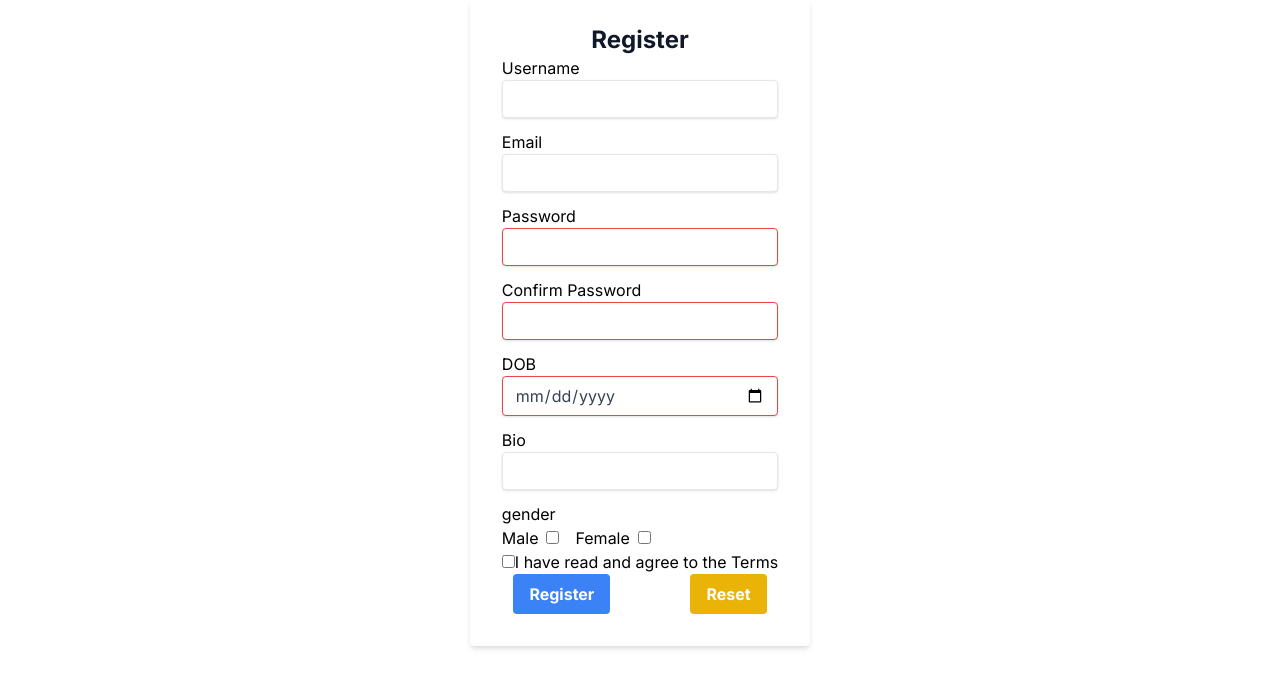
Repository: uh-sman/tiktok-card
Page: /
The author's editor kept a copy of each file at every save. The page is drawn from the files as they stood at one save, then again after the next save.
The browser window is 1280 px wide. The pictures show the whole page.
The project was rebuilt for these pictures with package versions that can differ from the ones it lists, and the page was loaded fresh each time. The framework's server and built-in components were replaced by stand-ins that run in the browser. Also part of the build but not shown: next.config.js.

Above is the page before, as saved 2023-12-19 14:59:13.

### app/page.tsx
'use client'
// import Input from "./components/Input";
import { FieldValues, SubmitHandler, useForm } from "react-hook-form";
import AuthForm from "./components/AuthForm";
type FormValues = {
  name: string,
      email: string,
      password: string,
      confirmPassword: string,
      DateOfBirth: string,
      Bio: string,
      gender: string,
      termsAndConditions: string
}

export default function Home() {
  return (
    <div className="">
      <AuthForm />
    </div>
  )
}



{/* <form class="max-w-sm mx-auto">
  <div class="mb-5">
    <label for="email" class="block mb-2 text-sm font-medium text-gray-900 dark:text-white">Your email</label>
    <input type="email" id="email" class="bg-gray-50 border border-gray-300 text-gray-900 text-sm rounded-lg focus:ring-blue-500 focus:border-blue-500 block w-full p-2.5 dark:bg-gray-700 dark:border-gray-600 dark:placeholder-gray-400 dark:text-white dark:focus:ring-blue-500 dark:focus:border-blue-500" placeholder="name@flowbite.com" required>
  </div>
  <div class="mb-5">
    <label for="password" class="block mb-2 text-sm font-medium text-gray-900 dark:text-white">Your password</label>
    <input type="password" id="password" class="bg-gray-50 border border-gray-300 text-gray-900 text-sm rounded-lg focus:ring-blue-500 focus:border-blue-500 block w-full p-2.5 dark:bg-gray-700 dark:border-gray-600 dark:placeholder-gray-400 dark:text-white dark:focus:ring-blue-500 dark:focus:border-blue-500" required>
  </div>
  <div class="flex items-start mb-5">
    <div class="flex items-center h-5">
      <input id="remember" type="checkbox" value="" class="w-4 h-4 border border-gray-300 rounded bg-gray-50 focus:ring-3 focus:ring-blue-300 dark:bg-gray-700 dark:border-gray-600 dark:focus:ring-blue-600 dark:ring-offset-gray-800 dark:focus:ring-offset-gray-800" required>
    </div>
    <label for="remember" class="ms-2 text-sm font-medium text-gray-900 dark:text-gray-300">Remember me</label>
  </div>
  <button type="submit" class="text-white bg-blue-700 hover:bg-blue-800 focus:ring-4 focus:outline-none focus:ring-blue-300 font-medium rounded-lg text-sm w-full sm:w-auto px-5 py-2.5 text-center dark:bg-blue-600 dark:hover:bg-blue-700 dark:focus:ring-blue-800">Submit</button>
</form> */}

### app/components/AuthForm.tsx
import React from "react";
import { useForm } from "react-hook-form";
// the type of data
type UserSubmitForm = {
    username: string;
    email: string;
    password: string;
    confirmPassword: string;
    acceptTerms: boolean;
    male:boolean;
    female:boolean;
    Bio:string;
    DateOfBirth: number
  };
const AuthForm: React.FC = () => {
    // using the useForm hook from the react-hook-form package
    const {register,handleSubmit, reset,formState} = useForm<UserSubmitForm>()
    // the onSubmit handler
    const onSubmit = (data: UserSubmitForm) => {
        if(data.male && data.female === true) {
            reset()
        }
        console.log(data)
    }
    return (
        <div className="flex justify-center">
        <form className="bg-white shadow-md rounded px-8 pt-6 pb-8 mb-4" onSubmit={handleSubmit(onSubmit)}>
        <h2 className="font-bold text-gray-900 text-2xl text-center">Register</h2>
          <div className="flex flex-col">
            <label>Username</label>
            <input
            className="shadow appearance-none border rounded w-full py-2 px-3 text-gray-700 mb-3 leading-tight focus:outline-none focus:shadow-outline"
              type="text"
            //   using the hook to handle form state
            {...register('username')}
            />
            <div className="invalid-feedback">
                </div>
          </div>

          <div className="flex flex-col">
            <label>Email</label>
            <input
            className="shadow appearance-none border rounded w-full py-2 px-3 text-gray-700 mb-3 leading-tight focus:outline-none focus:shadow-outline"
            type="text"
            {...register('email')}
            />
            <div className="invalid-feedback">
                </div>
          </div>

          <div className="flex flex-col">
            <label>Password</label>
            <input
            className="shadow appearance-none border border-red-500 rounded w-full py-2 px-3 text-gray-700 mb-3 leading-tight focus:outline-none focus:shadow-outline"
            type="password"
            {...register('password')}
            />
            <div className="invalid-feedback">
                </div>
          </div>
          <div className="flex flex-col">
            <label>Confirm Password</label>
            <input
            className="shadow appearance-none border border-red-500 rounded w-full py-2 px-3 text-gray-700 mb-3 leading-tight focus:outline-none focus:shadow-outline"
              type="password"
              {...register('confirmPassword')}
            />
            <div className="invalid-feedback">
            </div>
          </div>
          <div className="flex flex-col">
            <label>DOB</label>
            <input
            className="shadow appearance-none border border-red-500 rounded w-full py-2 px-3 text-gray-700 mb-3 leading-tight focus:outline-none focus:shadow-outline"
              type="date"
              {...register('DateOfBirth')}
            />
            <div className="invalid-feedback">
            </div>
          </div>
          <div className="flex flex-col">
            <label>Bio</label>
            <input
            className="shadow appearance-none border rounded w-full py-2 px-3 text-gray-700 mb-3 leading-tight focus:outline-none focus:shadow-outline"
            type="text"
            {...register('Bio')}
            />
            <div className="invalid-feedback">
            </div>
          </div>

          <div className="">
          <label htmlFor="gender" className="font-md">
              gender
            </label>
           <div className="flex items-center gap-4">
           <div className="">
                <label className="mr-2" htmlFor="Male">Male</label>
            <input
              type="checkbox"
              {...register('male')}
              />

            </div>
            <div className="">
                <label className="mr-2" htmlFor="Female">Female</label>
            <input
              type="checkbox"
              {...register('female')}
              />
            </div>
           </div>
            <div className="invalid-feedback">
                </div>
          </div>
          <div className="">
            <input
              type="checkbox"
              {...register('acceptTerms')}
              />
            <label htmlFor="acceptTerms" className="form-check-label">
              I have read and agree to the Terms
            </label>
            <div className="invalid-feedback">
                </div>
          </div>

          <div className="flex justify-center gap-20">
            <button type="submit" className="bg-blue-500 hover:bg-blue-700 text-white font-bold py-2 px-4 rounded focus:outline-none focus:shadow-outline">
              Register
            </button>
            <button
              type="button"
              onClick={() => reset()}
              className="bg-yellow-500 hover:bg-yellow-700 text-white font-bold py-2 px-4 rounded focus:outline-none focus:shadow-outline"
              >
              Reset
            </button>
          </div>
        </form>
      </div>
    )
}

export default AuthForm;

Loaded but not shown: app/layout.tsx (common file); app/globals.css (common file); tailwind.config.ts (common file)

After the next save:
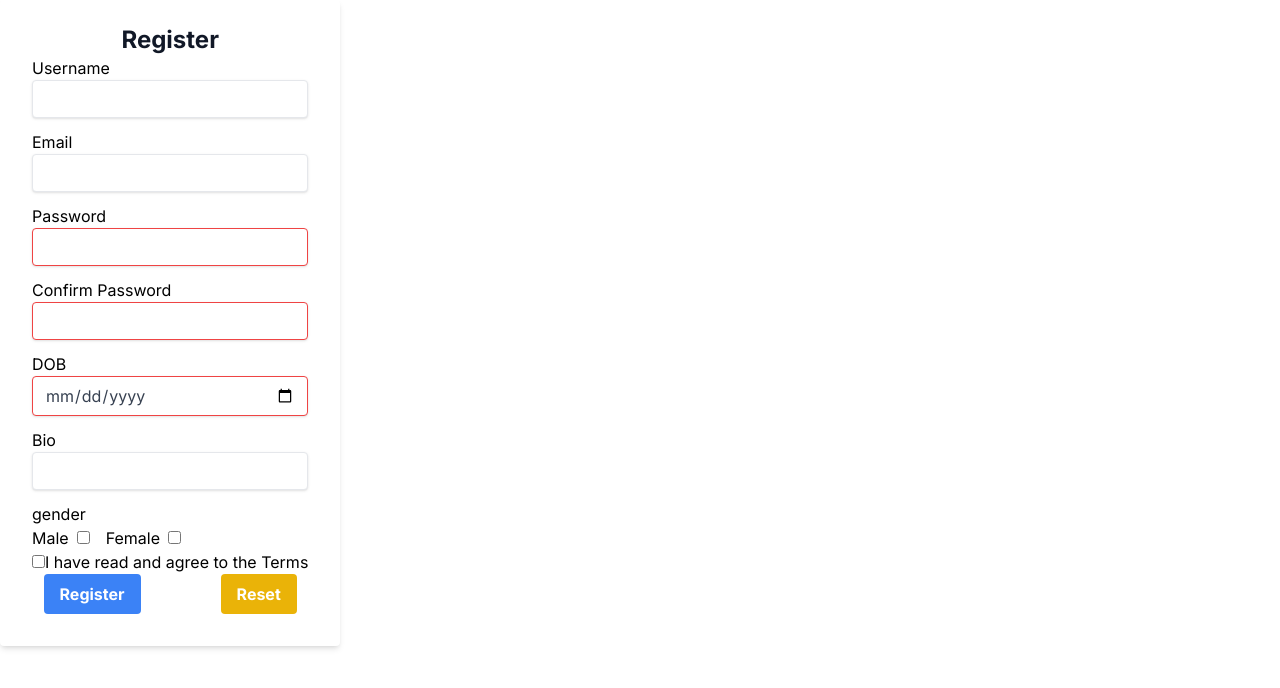
Saved 41 s later.
--- a/app/components/AuthForm.tsx
+++ b/app/components/AuthForm.tsx
@@ -23,7 +23,7 @@ const AuthForm: React.FC = () => {
         console.log(data)
     }
     return (
-        <div className="flex justify-center">
+        <div className="flex w-full max-w-xl">
         <form className="bg-white shadow-md rounded px-8 pt-6 pb-8 mb-4" onSubmit={handleSubmit(onSubmit)}>
         <h2 className="font-bold text-gray-900 text-2xl text-center">Register</h2>
           <div className="flex flex-col">
